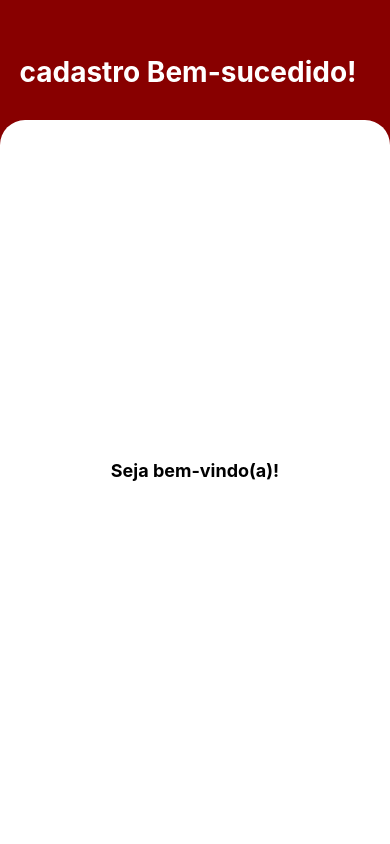
Repository: Matheus904-12/Login-React
Screen: /sucedido (app in SENAI/)
An editor plug-in stored every save of this project. The screen is shown before and after a run of saves, followed by the edit.
The app was drawn by React Native's web renderer in a window 390 px wide. The project was rebuilt for these pictures with package versions that can differ from the ones it lists, and the page was loaded fresh each time. Some packages were replaced by stand-ins written for this rebuild. Also part of the build but not shown: SENAI/pages/entrada.js, SENAI/pages/cadastro.js.

Above is the screen before, as saved 2024-04-29 19:38:55.

### SENAI/App.js
import React from 'react';
import {StatusBar} from 'react-native';
import { NavigationContainer } from '@react-navigation/native';
import Routes from './routes';

export default function App() {
  return (
    <NavigationContainer>
      <StatusBar style="auto"/>
      <Routes />
    </NavigationContainer>
  )
}

### SENAI/routes.js
import { createStackNavigator } from '@react-navigation/stack';
import Bem_Vindo from './pages/index';
import Acesso from './pages/entrada';
import Sucesso from './pages/sucedido';
import Cadastro from './pages/cadastro';

const Stack = createStackNavigator();

export default function Routes() {
    return (
        <Stack.Navigator>
            <Stack.Screen
                name="index"
                component={Bem_Vindo}
                options={{ headerShown: false }}
            />

            <Stack.Screen
                name="entrada"
                component={Acesso}
                options={{ headerShown: false }}
            />
            <Stack.Screen
                name="sucedido"
                component={Sucesso}
                options={{ headerShown: false }}
            />
             <Stack.Screen
                name="cadastro"
                component={Cadastro}
                options={{ headerShown: false }}
            />
        </Stack.Navigator>
    )
}

### SENAI/pages/index.js
import React, { useCallback } from 'react';
import { View, Text, StyleSheet, Image, TouchableOpacity } from 'react-native';
import { useNavigation } from '@react-navigation/native';
import * as Animatable from 'react-native-animatable';
import { useFonts } from 'expo-font';
import * as SplashScreen from 'expo-splash-screen';


SplashScreen.preventAutoHideAsync();

export default function Bem_Vindo() {

    const navigation = useNavigation();

    const [fontsLoaded, fontError] = useFonts({
        'Oswald': require('../assets/fonts/Oswald-VariableFont_wght.ttf'),
    });

    const onLayoutRootView = useCallback(async () => {
        if (fontsLoaded || fontError) {
            await SplashScreen.hideAsync();
        }
    }, [fontsLoaded, fontError]);

    if (!fontsLoaded && !fontError) {
        return null;
    }



    return (
        <View style={styles.container} onLayout={onLayoutRootView}>
            <View style={styles.containerLogo}>
                <Animatable.Image
                    delay={1000}
                    animation="flipInY"
                    source={require("../assets/logo_Senai.png")}
                    style={styles.logo}
                    resizeMode="contain"
                />
            </View>
            <Animatable.View delay={600} animation='fadeInUp' style={styles.containerForm}>
                <View style={styles.containerForm}>
                    <Text style={styles.title}>
                        Monitore e organize seus recursos didáticos de qualquer lugar!
                    </Text>
                    <Text style={styles.text}>
                        Faça o login para começar
                    </Text>
                    <TouchableOpacity
                        onPress={() => navigation.navigate('entrada')}
                        style={styles.button}>
                        <Text style={styles.buttonText}>
                            Acessar
                        </Text>
                    </TouchableOpacity>
                </View>
            </Animatable.View>
        </View>
    )
}
const styles = StyleSheet.create({
    container: {
        flex: 1,
        backgroundColor: '#FFF'
    },
    containerLogo: {
        flex: 2,
        backgroundColor: '#FFF',
        justifyContent: 'center',
        alignItems: 'center'
    },
    logo: {
        width: "70%"
    },
    containerForm: {
        flex: 1,
        backgroundColor: '#880000',
        borderTopLeftRadius: 25,
        borderTopRightRadius: 25,
        paddingStart: '5%',
        paddingEnd: '5%'
    },
    title: {
        fontFamily: 'Oswald',
        fontSize: 24,
        marginTop: 20,
        marginBottom: 12,
        color: "#FFF"
    },
    text: {
        color: '#a1a1a1'
    },
    button: {
        position: 'absolute',
        backgroundColor: '#FFF',
        borderRadius: 50,
        paddingVertical: 8,
        width: '60%',
        alignSelf: 'center',
        bottom: '15%',
        alignItems: 'center',
        justifyContent: 'center',
    },
    buttonText: {
        fontSize: 18,
        color: '#880000',
        fontWeight: 'bold'
    }
})

### SENAI/pages/sucedido.js
import { View, Text, StyleSheet, Image, TouchableOpacity } from 'react-native';
import React from 'react';
import * as Animatable from 'react-native-animatable';

export default function Sucesso({navigation}) {
    return (

        <View style={styles.container}>

            <Animatable.View animation="fadeInLeft" delay={500} style={styles.containerHeader}>
                <Text style={styles.message}>cadastro Bem-sucedido!</Text>
            </Animatable.View>

            <Animatable.View animation="fadeInUp" style={styles.containerForm}>
                <View style={styles.mensagem}>
                    <Image source={require('../assets/sucesso.gif')}
                        style={styles.logo}
                    />
                    <Text style={styles.mensagemTexto}>
                        Seja bem-vindo(a)!
                    </Text>
                </View>
            </Animatable.View>
        </View>

    )
}

const styles = StyleSheet.create({
    container: {
        flex: 1,
        backgroundColor: '#880000'
    },
    containerHeader: {
        marginTop: '14%',
        marginBottom: '8%',
        paddingStart: '5%',
    },
    message: {
        fontSize: 28,
        fontWeight: 'bold',
        color: "#FFF"
    },
    containerForm: {
        backgroundColor: "#FFF",
        flex: 1,
        borderTopLeftRadius: 25,
        borderTopRightRadius: 25,
        paddingStart: "5%",
        paddingEnd: "5%",
        alignItems:"center"
    },
    title: {
        fontSize: 20,
        marginTop: 28,
    },
    input: {
        borderBottomWidth: 1,
        height: 40,
        marginBottom: 12,
        fontSize: 16
    },
    button: {
        backgroundColor: '#880000',
        width: '100%',
        borderRadius: 4,
        paddingVertical: 8,
        marginTop: 14,
        justifyContent: 'center',
        alignItems: 'center',
    },
    buttonText: {
        color: "#FFF",
        fontSize: 18,
        fontWeight: 'bold'
    },
    buttonRegister: {
        marginTop: 14,
        alignSelf: 'center'
    },
    registerText: {
        color: '#a1a1a1'
    },
    voltar: {
        paddingTop: 25
    },
    logo:{
        width:300,
        height:300
    },
    mensagem:{
        flexDirection:"column",
        alignItems:"center",
        paddingTop:40
    },
    mensagemTexto:{
        width:300,
        textAlign:"center",
        fontSize:18,
        fontWeight:'700'
    },
    voltar:{
        backgroundColor: '#880000',
        width:270,
        height:40,
        borderRadius:12,
        alignItems:"center",
        justifyContent:"center",
        marginTop:15
    },
    voltarTexto:{
        color:'white',
        fontSize:16
    }
})

After the next 2 saves:
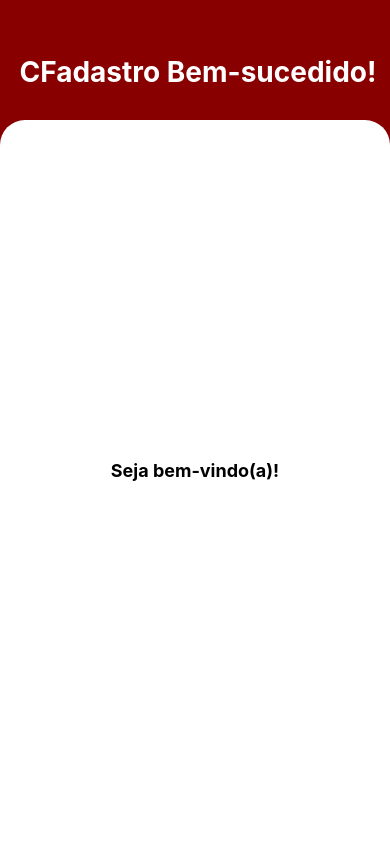
The 2 saves are shown as one change because they came seconds apart.
The last was saved 9 s later.
--- a/SENAI/pages/sucedido.js
+++ b/SENAI/pages/sucedido.js
@@ -8,7 +8,7 @@
         <View style={styles.container}>
 
             <Animatable.View animation="fadeInLeft" delay={500} style={styles.containerHeader}>
-                <Text style={styles.message}>cadastro Bem-sucedido!</Text>
+                <Text style={styles.message}>CFadastro Bem-sucedido!</Text>
             </Animatable.View>
 
             <Animatable.View animation="fadeInUp" style={styles.containerForm}>
